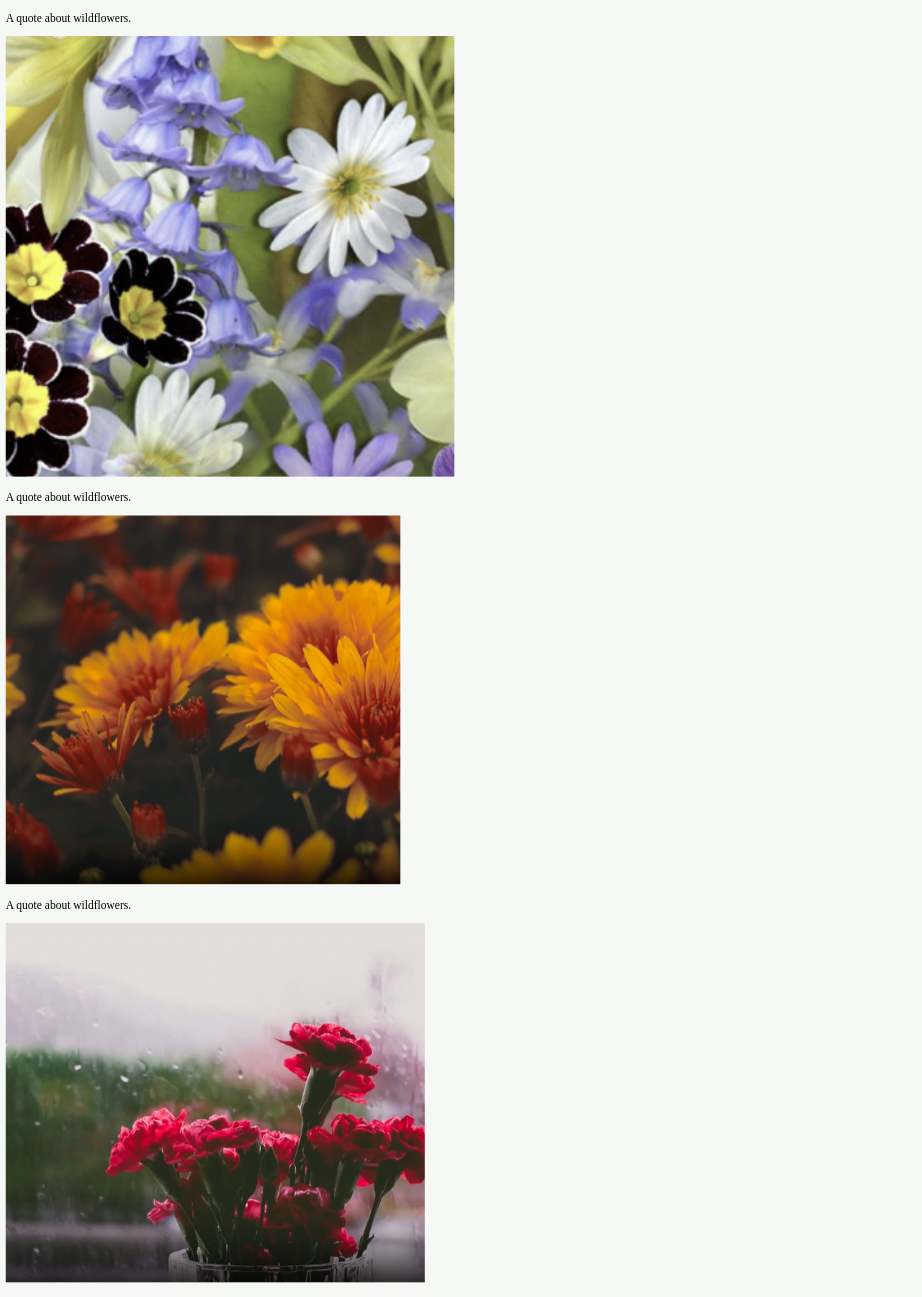
Repository: Brittany-Westlund/WebDesign
Page: Assignment4/grid.html
The author's editor kept a copy of each file at every save. The page is drawn from the files as they stood at one save, then again after the next save.
The browser window is 1280 px wide. The pictures show the whole page, at 72% of full size.

Above is the page before, as saved 2025-10-30 19:09:14.

After the next save:
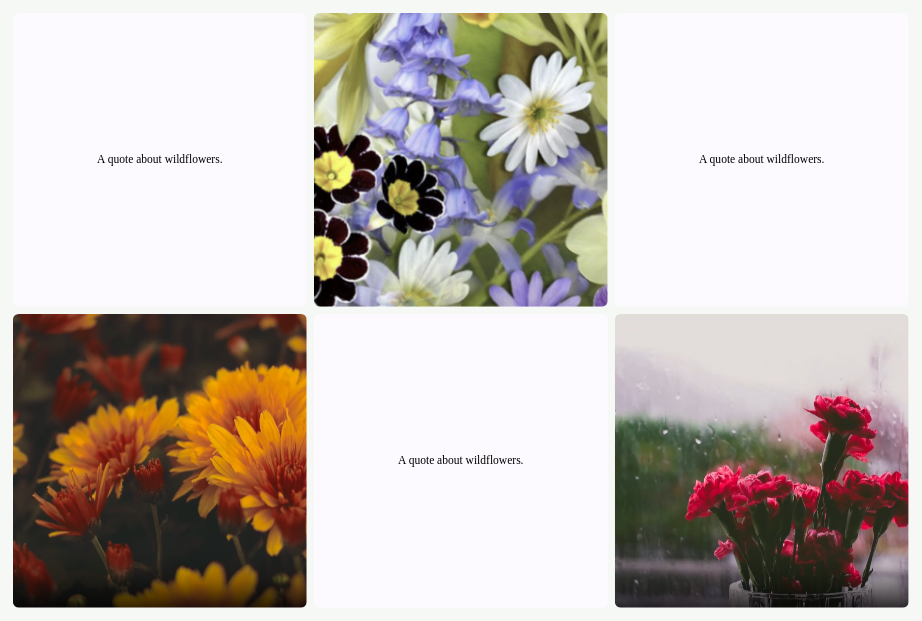
Saved 36 s later.
--- a/Assignment4/style/style.css
+++ b/Assignment4/style/style.css
@@ -57,3 +57,41 @@ body {
   color: #8fafa7;
   margin-top: 10px;
 }
+
+
+
+
+
+
+
+
+.gallery {
+  display: grid;
+  grid-template-columns: repeat(auto-fit, minmax(400px, 1fr));
+  gap: 10px;
+  margin: auto;
+  padding: 10px;
+}
+
+.item {
+  background-color: #fcf9ff;
+  border-radius: 8px;
+  aspect-ratio: 1 / 1;
+  display: flex;
+  justify-content: center;
+}
+
+.item img {
+  padding: 0;
+  width: 100%;
+  height: auto; /* maintains the image's aspect ratio */
+  display: block; /* clears any space after the image */
+  border-radius: 8px;
+
+}
+
+.item p {
+  text-align: center;
+  display: flex;
+  align-items: center;
+}
